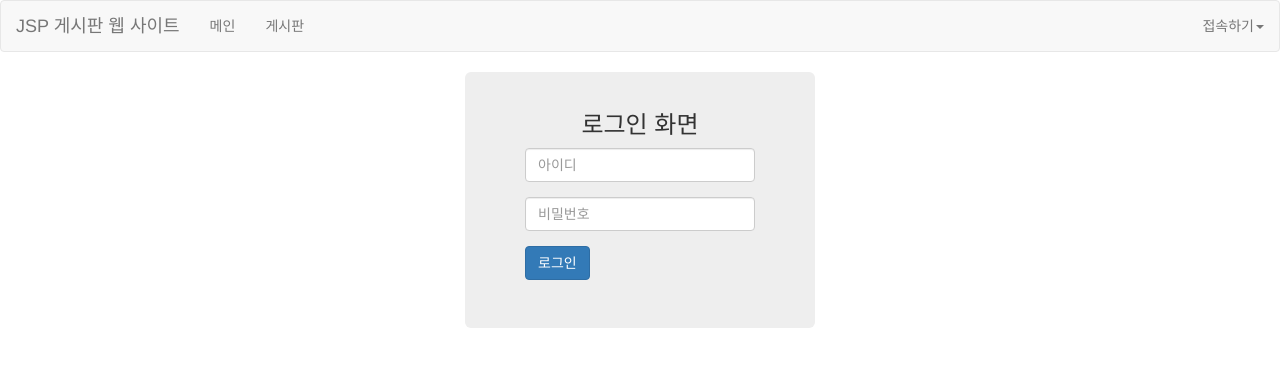
Repository: winter9388/JSP_BBS
Page: http://localhost/BBS/퍋ㅈ.jsp
These files come from the project's save history. The page is drawn as it stood at one moment and after the next save; the edit follows.
The browser window is 1280 px wide. The pictures show the whole page.
Some web libraries are served in a nearby version. The page is served by Tomcat 9.

Above is the page before, as saved 2022-08-11 03:52:06.

After the next save:
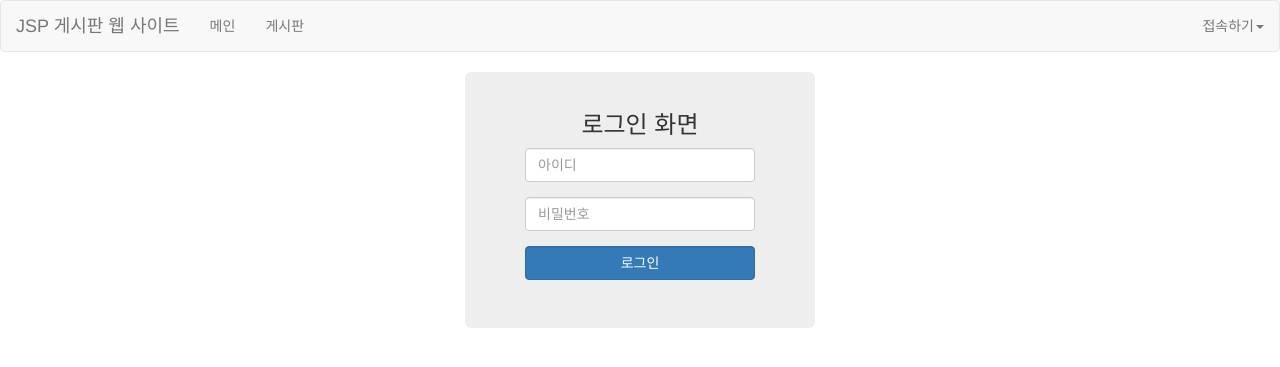
Saved 9 s later.
--- a/BBS/src/main/webapp/퍋ㅈ.jsp
+++ b/BBS/src/main/webapp/퍋ㅈ.jsp
@@ -50,7 +50,7 @@
 					<div class="form-group">
 						<input type="password" class="form-control" placeholder="비밀번호" name="userPassword" maxlength="20">
 					</div>
-					<input type="submit" class="btn btn-primary " value="로그인">
+					<input type="submit" class="btn btn-primary form-control" value="로그인">
 				</form>
 			</div>
 		</div>
